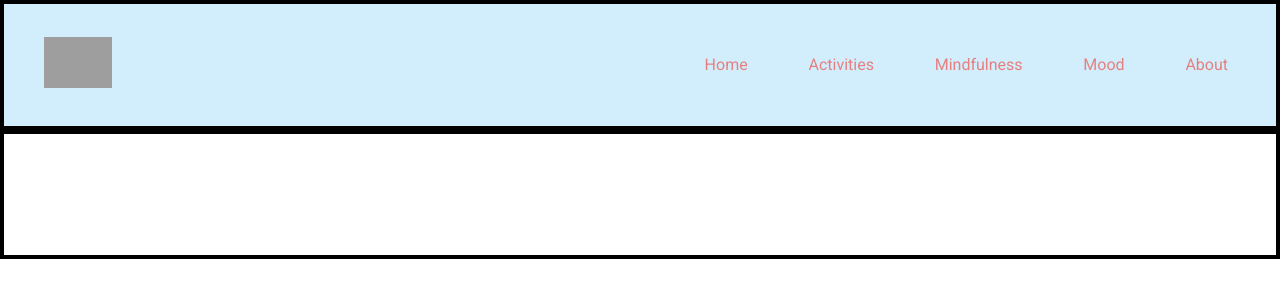
Repository: Nafisa-Huda/HealthierMind
Page: public/mindfulness.html
These files come from the project's save history. The page is drawn as it stood at one moment and after a run of saves; the edit follows.
The browser window is 1280 px wide. The pictures show the whole page.
Pictures or frames that could not be fetched are drawn as grey boxes. Some web fonts or font styles are not loaded; a fallback is used.

Above is the page before, as saved 2022-07-16 13:02:50.

### public/mindfulness.html
<!DOCTYPE html>
<html lang="en">
<head>
    <meta charset="UTF-8">
    <meta http-equiv="X-UA-Compatible" content="IE=edge">
    <meta name="viewport" content="width=device-width, initial-scale=1.0">
    <title>HealthyMind</title>
    <link rel="preconnect" href="https://fonts.googleapis.com">
    <link rel="preconnect" href="https://fonts.gstatic.com" crossorigin>
    <link href="https://fonts.googleapis.com/css2?family=Caveat+Brush&family=Fredoka+One&family=Roboto&family=Source+Sans+Pro:wght@300&display=swap" rel="stylesheet">
    <link rel="stylesheet" href="https://unpkg.com/swiper@8/swiper-bundle.min.css"/>
    <link rel="stylesheet" href="css/mindfulness.css">
</head>
<body>
    <header>
        <div class="container row">
            <a href="index.html"><img class="logo" src="https://i.ibb.co/xLGc6jC/Healthy-Mind-logo.png" alt="healthy-mind-logo"></a>
        <nav class="nav">
            <ul class="nav__list">
                <li class="nav__item"><a href="index.html" class="nav__link">Home</a></li>
                <li class="nav__item"><a href="activities.html" class="nav__link">Activities</a></li>
                <li class="nav__item"><a href="mindfulness.html" class="nav__link">Mindfulness</a></li>
                <li class="nav__item"><a href="tracker.html" class="nav__link">Mood</a></li>
                <li class="nav__item"><a href="about.html" class="nav__link">About</a></li>
            </ul>
        </nav>
        </div>
    </header>
<section>
    <div class="container">
        <div class="wrapper">

        </div>
    </div>
</section>
    <!-- Slider main container -->
<!-- <section class="swiper">
    <div class="swiper-wrapper">
      <div class="swiper-slide">Slide 1</div>
      <div class="swiper-slide">Slide 2</div>
      <div class="swiper-slide">Slide 3</div>
    </div>
    <div class="swiper-pagination"></div>
    <div class="swiper-button-prev"></div>
    <div class="swiper-button-next"></div>
</section> -->

<script src="https://unpkg.com/swiper@8/swiper-bundle.min.js"></script>
<script src="js/mindfulness.js"></script>
</body>
</html>

### public/css/mindfulness.css
*,
*::before,
*::after {
  box-sizing: border-box;
  margin: 0;
  padding: 0;
}

body {
  max-width: 100%;
  font-family: "Roboto", sans-serif;
  font-size: 1.3rem;
}
html {
  scroll-behavior: smooth;
  scroll-padding-top: (--scroll-padding, 100px);
}

/*scrollbar*/
::-webkit-scrollbar {
  width: 0.7em;
}
::-webkit-scrollbar-track {
  background: antiquewhite;
}
::-webkit-scrollbar-thumb {
  background: linear-gradient(10deg, #69488a, #f18d8d);
}

header{
  background-color: #d2edfc;
  height: 3%;
}
.container {
  width: 100vw;
  height: 18vh;
  margin: 0 auto;
}
.main {
  height: 100vh;
}

.hero {
  display: flex;
  background-color: #d2edfc;
}
.hero h1 {
  font-family: caveat brush;
  text-align: center;
  margin-top: 0%;
  font-size: 3em;
}

.hero p {
  padding: 0 0.5em;
  margin-top: 0;
  text-align: center;
}

  .hero__text{
    width: 50%;
    margin: 8rem 0 4rem 2rem;
    display: flex;
    flex-direction: column;
    align-items: center;
    justify-content: flex-start;
  }

.row {
  display: flex;
  justify-content: space-between;
  align-items: center;
  width: 100%;
}

.logo {
  width: 15%;
  height: 100%;
  margin-left: 2.5rem;
  margin-right: 1rem;
}

.nav {
    display: flex;
    justify-content: space-between;
    align-items: center;
    max-width: 100%;
}

.nav__list {
  margin: 0;
  list-style: none;
  display: flex;
  align-items: center;
  font-size: 2rem;
}

.nav__item {
  display: flex;
  flex-direction: row;
  padding: 0.8rem;
  padding-right: 3rem;
  /* padding-right: 9rem; */
}
.nav__link {
  text-decoration: none;
  font-size: initial;
  font-weight: 200;
  color: #e68080;
}

.nav__link--button {
  padding: 0.25em 1em;
}

.nav__link:hover {
  opacity: 0.75;
}

.swiper {
    width:60vw;
    height: 70vh;
    margin: 0 auto;
    margin-top: 2rem;
    background-color: rgb(244, 244, 141);
    border-radius: 2rem;
  }
.container{
  border: 0.3rem solid black;
}
.wr

Loaded but not shown: public/mindfulness.js (common file)

After the next 4 saves:
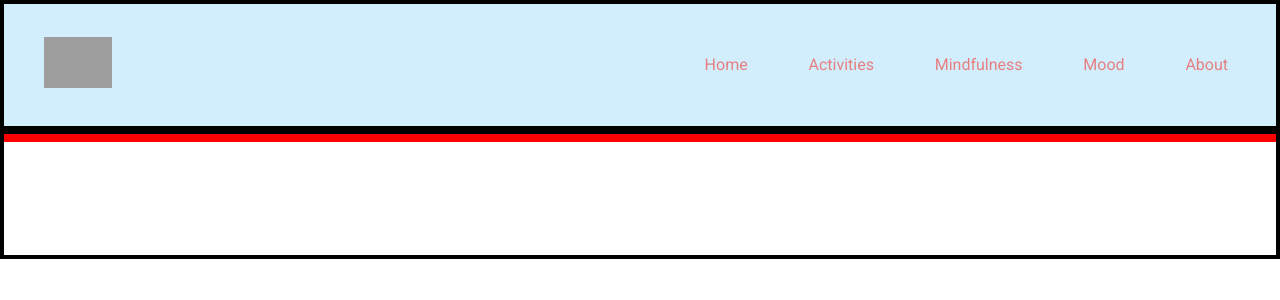
The 4 saves are shown as one change because they came seconds apart.
The last was saved 17 s later.
--- a/public/css/mindfulness.css
+++ b/public/css/mindfulness.css
@@ -128,4 +128,6 @@ header{
 .container{
   border: 0.3rem solid black;
 }
-.wr
+.wrapper{
+  border: 0.3rem solid red;
+}
